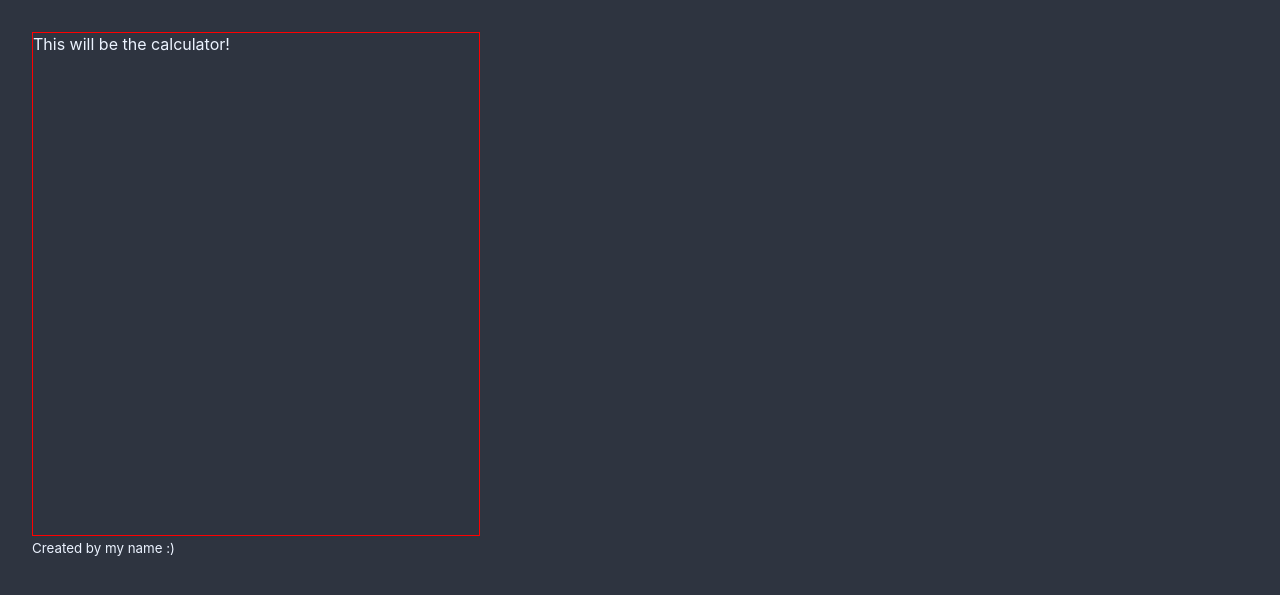
Repository: asing44/FCC
Page: / (app in Front-End-Projects/Calculator/)
An editor plug-in stored every save of this project. The page is shown before and after the next save, followed by the edit.
The browser window is 1280 px wide. The pictures show the whole page.
The project was rebuilt for these pictures with package versions that can differ from the ones it lists, and the page was loaded fresh each time. Also part of the build but not shown: Front-End-Projects/Calculator/vite.config.js.

Above is the page before, as saved 2024-10-11 18:01:44.

After the next save:
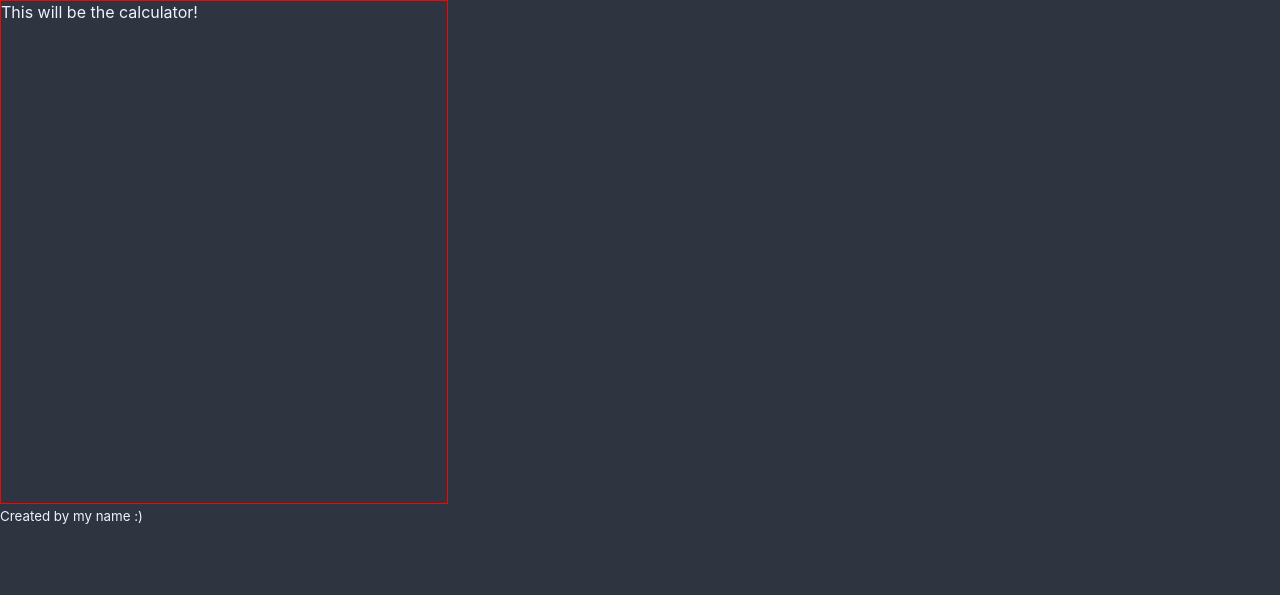
Saved 35 s later.
--- a/Front-End-Projects/Calculator/src/assets/main.css
+++ b/Front-End-Projects/Calculator/src/assets/main.css
@@ -2,7 +2,6 @@
 
 #app {
   margin: 0 auto;
-  padding: 2rem;
   font-weight: normal;
 }
 
